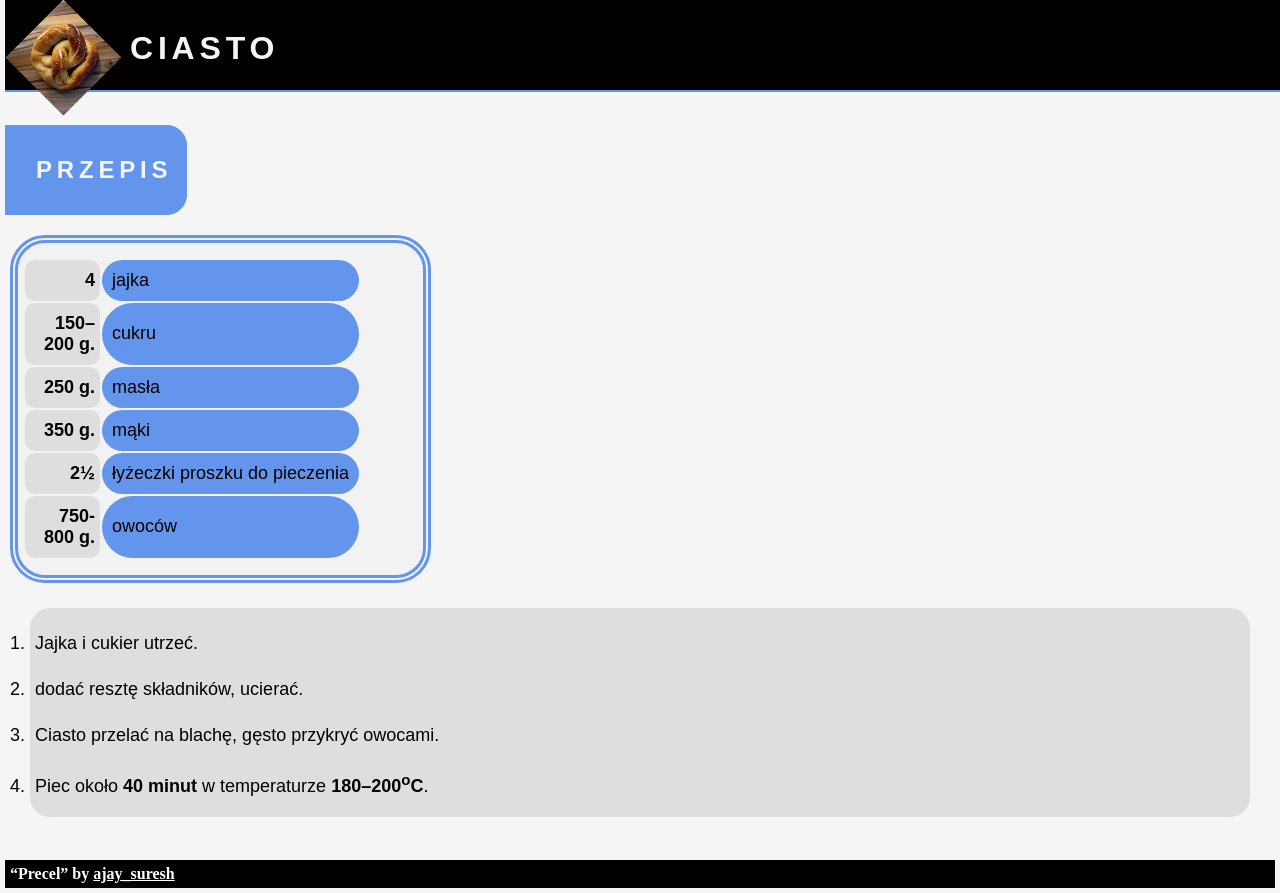
Repository: yaoayh/przepisy
Page: ciasto_ucierane.html
An editor plug-in stored every save of this project. The page is shown before and after the next save, followed by the edit.
The browser window is 1280 px wide. The pictures show the whole page.

Above is the page before, as saved 2020-08-12 23:21:53.

### ciasto_ucierane.html
<!DOCTYPE html>
<html>
    <head>
        <title>Ciasto ucierane z owocami przepis Lili</title>
        <link rel="shortcut icon" href="../images/icon.jpg">
        <meta charset="UTF-8">
        <meta name="viewport" content="width=device-width, initial-scale=1.0">
        <meta name="author" content="Dawid Litwin">
        <link href="../css/styles.css" type="text/css"
        rel="stylesheet">
    </head>
    <body class="body_Undersite">
        <div id="header_Undersite">
            <div class="picture">
                <a href="../index.html"><img src="../images/precel.jpg" alt="precel"
                title="obrazek przedstawiajacy precel"
                width= "82,8" height= "82,8"></a>
            </div>
            <h1 class="h1_Undersite">Ciasto</h1>
        </div>
        <!--                0000000000000000000                 -->
        <form class="form_Undersite">
            <h2>Przepis</h2>
            <div class="name">
                <!--Produkty-->
                <table>
                    <tr>
                        <td>
                            4
                        </td>
                        <td class="table2">
                            jajka
                        </td>
                    </tr>
                    <tr>
                        <td>
                            150&ndash;200 g.
                        </td>
                        <td class="table2">
                            cukru
                        </td>
                    </tr>
                    <tr>
                        <td>
                            250 g.
                        </td>
                        <td class="table2">
                            masła
                        </td>
                    </tr>
                    <tr>
                        <td>
                            350 g.
                        </td>
                        <td class="table2">
                            mąki
                        </td>
                    </tr>
                    <tr>
                        <td>
                            2&frac12;
                        </td>
                        <td class="table2">
                            łyżeczki proszku do pieczenia
                        </td>
                    </tr>
                    <tr>
                        <td>
                            750-800 g.
                        </td>
                        <td class="table2">
                            owoców
                        </td>
                    </tr>
                </table>
            </div>

            <div class="Przepis">
                <!--Przepis-->
                <ol>
                    <li>Jajka i cukier utrzeć.</li>
                    <li>dodać resztę składników, ucierać.</li>
                    <li>Ciasto przelać na blachę, gęsto przykryć owocami.</li>
                    <li>Piec około <strong>40 minut</strong> w temperaturze <strong>180&ndash;200<sup>o</sup>C</strong>.</li>
                </ol>
            </div>

            </form>
            <br>
            <form class="bottom">
                <strong> <q>Precel</q>
                    by <a class="a_Bottom" href="https://www.flickr.com/photos/ajay_suresh/">ajay_suresh</a>
            </strong>
            </form>
        </body>
    </html>

### css/styles.css

html{overflow: scroll;}
body {

    /*
    *
    *
    *
    *
    *
    */

    /*
    *
    *
    *
    *
    *
    */

    height: auto;
	margin: 0px;
    background-color: whitesmoke;}

/*                      Nagłówek                    */
body.body_Undersite{
    padding: 5px;
}
#header {
    top: 0px;
    width: 100%;
    height: 90px;
    position: fixed;
    background-color: black;
    border-bottom: 2px solid cornflowerblue;}

.picture{
    margin: 16px;
    float: left;
    width: 82px;
    transform: rotate(45deg);}

h1 {
    text-transform: uppercase;
    font-family: Arial, Helvetica, sans-serif;
    letter-spacing: 0.2em;
    font-style: normal;
    color: whitesmoke;
    padding: 30px 30px 30px 15px;
    margin-left: 110px;
    margin-top: 0px;}


/*                  CZESC II                    */
form.main2{
    margin: auto;
    height: auto; /*531px;*/
    width: 354px;/*354px;*/
    background-color: whitesmoke;
    padding: 5px;}
.info_Nr1, .info_Nr2{
    background-color: black;
    border: 12px 12px 12px 12px;
    border-color: white;
    border-style: double;
    text-align: center;
    margin-top: 120px;
    margin-bottom: 15px;
}

h3 {
    font-weight: normal;
    color: cornflowerblue;
    font-family: "Gill Sans", Arial, sans-serif;
    text-transform: uppercase;
    text-align: center;
    padding: 4px;
    margin: 0px;
    letter-spacing: 0.2em;}

/*                      BLOKI                   */

form.head_Sqares {
    margin: auto;
    height: 531px; /*531px;*/
    width: 354px;/*354px;*/
    background-color: whitesmoke;
    padding: 5px;}

.sqares_Left{
    text-decoration: none;
    border-radius: 15px;
    width: 172px;
    height: 172px;
    background-color: black;
    color: white;
    overflow: auto;
    float: left;
    margin-top: 3px;}
.first_Choice{color: cornflowerblue;}
.sqares_Right{
    text-decoration: none;
    border-radius: 15px;
    width: 172px;
    height: 172px;
    background-color: black;
    color: white;
    margin-top: 3px;
    overflow: auto;
    float: right ;
    clear: right;}
p {
    border-radius: 5px;
    text-decoration: none;
    padding-top: 55px;
    text-align: center;
    font-family: Georgia, 'Times New Roman', Times, serif;
    font-size: x-large;
    letter-spacing: 0.10em;
    margin:0px;}
p.p1_Shadow{padding: 21px; color: rgb(70, 66, 66);
    font-family: Impact, Haettenschweiler, 'Arial Narrow Bold', sans-serif;
text-decoration: none;}
p.p1{
    font-family: Impact, Haettenschweiler, 'Arial Narrow Bold', sans-serif;
    text-decoration: none;
    padding: 21px;
    color: cornflowerblue;}
#bigger {
    padding: 0px 0px;}
.info_Nr2 {margin-top: 10px;}

.n1,.n2,.n3,.n4,.n5,.n6,.n7,.n8,.n9,.n10,.n11,.n12,.n13,.n14,.n15,.n16,.n17,.n18,.n19,.n20,.n21,.n22,.n23,.n24,.n25,.n26,.n27{
    border-radius: 15px;
    border: 2px solid whitesmoke;
    clear: both;}
div.n1 {

    background-color: hsl(0, 0%, 90%);
}
.n2{
    background-color: hsl(0,0%,87%);
}
.n3{
    background-color: hsl(0, 0%, 84%);
}
.n4{
    background-color: hsl(0, 0%, 81%);
}
.n5{
    background-color: hsl(0, 0%, 78%);
}
.n6{
    background-color: hsl(0, 0%, 75%);
}
.n7{
    background-color: hsl(0, 0%, 72%);
}
.n8{
    background-color: hsl(0, 0%, 69%);
}
.n9{
    background-color: hsl(0, 0%, 66%);
}
.n10{
    background-color: hsl(0, 0%, 63%);
}
.n11{
    background-color: hsl(0, 0%, 60%);
}
.n12{
    background-color: hsl(0, 0%, 57%);
}
.n13{
    background-color: hsl(0, 0%, 54%);
}
.n14{
    background-color: hsl(0, 0%, 51%);
}
.n15{
    background-color: hsl(0, 0%, 48%);
}
.n16{
    background-color: hsl(0, 0%, 45%);
}
.n17{
    background-color: hsl(0, 0%, 42%);
}
.n18{
    background-color: hsl(0, 0%, 39%);
}
.n19{
    background-color: hsl(0, 0%, 36%);
}
.n20{
    background-color: hsl(0, 0%, 33%);
}
.n21{
    background-color: hsl(0, 0%, 30%);
}
.n22{
    background-color: hsl(0, 0%, 27%);
}
.n23{
    background-color: hsl(0, 0%, 24%);
}
.n24{
    background-color: hsl(0, 0%, 21%);
}
.n25{
    background-color: hsl(0, 0%, 18%);
}
.n26{
    background-color: hsl(0, 0%, 15%);
}
.n27{background-color: hsl(0, 0%, 12%);}


/*                  PRAWA AUTORSKIE             */
.a_Bottom {
    text-decoration: none;
    color: white;
    text-decoration-line: underline;
}
.bottom {
    padding: 5px;
    text-decoration: none;
    background-color: black;
    color: white;
}
/**************************************************************************************/

#header_Undersite {
    top: 0px;
    width: 100%;
    height: 90px;
    position: fixed;
    background-color: black;
    border-bottom: 2px solid cornflowerblue;}
h1.h1_Undersite {
    letter-spacing: 0.15em;
}

a.m1:visited{
    color: cornflowerblue;
}
a {

    text-decoration: whitesmoke;

}
a:visited{
    color: whitesmoke;
}
a:hover{
    text-decoration: none;
    background-color: aquamarine;
    color: cyan;
}
td{
    font-size: large;
    text-decoration: solid;
    font-family: Arial, Helvetica, sans-serif;
    padding: 5px;
    background-color: cornflowerblue;
    border-radius: 5px;

}
form.form_Undersite{
    margin-top: 120px;
    background-color: rgb(245, 245, 245);
}
.name{
    max-width: 400px;
    border-radius: 35px;
    border: 8px double cornflowerblue;
    background-color: hsl(245,0%,95%);
    padding: 5px 0px 5px 5px;
    margin: 5px;}

h2 {
    text-align: left;
    font-size: x-large;
    text-transform: uppercase;
    font-family: Arial, Helvetica, sans-serif;
    letter-spacing: 0.2em;
    font-style: normal;
    color: whitesmoke;
    padding: 30px;
    border: 1px solid cornflowerblue;
    border-radius: 0px 20px 20px 0px;
    max-width: 120px;
    background-color: cornflowerblue;
    }
table {

    margin-right: 0px;
    padding: 10px 0px 10px 0px;
}
tr{
    empty-cells: hide;
}
td {
    width: 60px;
    background-color: hsl(0,0%,87%);
    border-radius: 10px;
    padding: 10px 5px 10px 10px;
    text-align: right;
    font-weight: bold;
}
td.table2{
    width: auto;
    background-color: cornflowerblue;
    border-radius: 50px;
    font-weight: normal;
    padding: 10px 10px 10px 10px;
    text-align: left;
}
ol{
    padding: 10px 0px 10px 0px;
    margin: 25px;
    border-radius: 20px;
    background-color: hsl(0,0%,87%);
}
li {

    font-family: Arial, Helvetica, sans-serif;
    font-size: large;
    padding: 15px 5px 10px 5px;
}
.ps{
    background-color: hsl(0,0%,87%);
    margin: 5px;
    border: 4px double cadetblue;
    border-radius: 5px;
    padding: 5px;
}

After the next save:
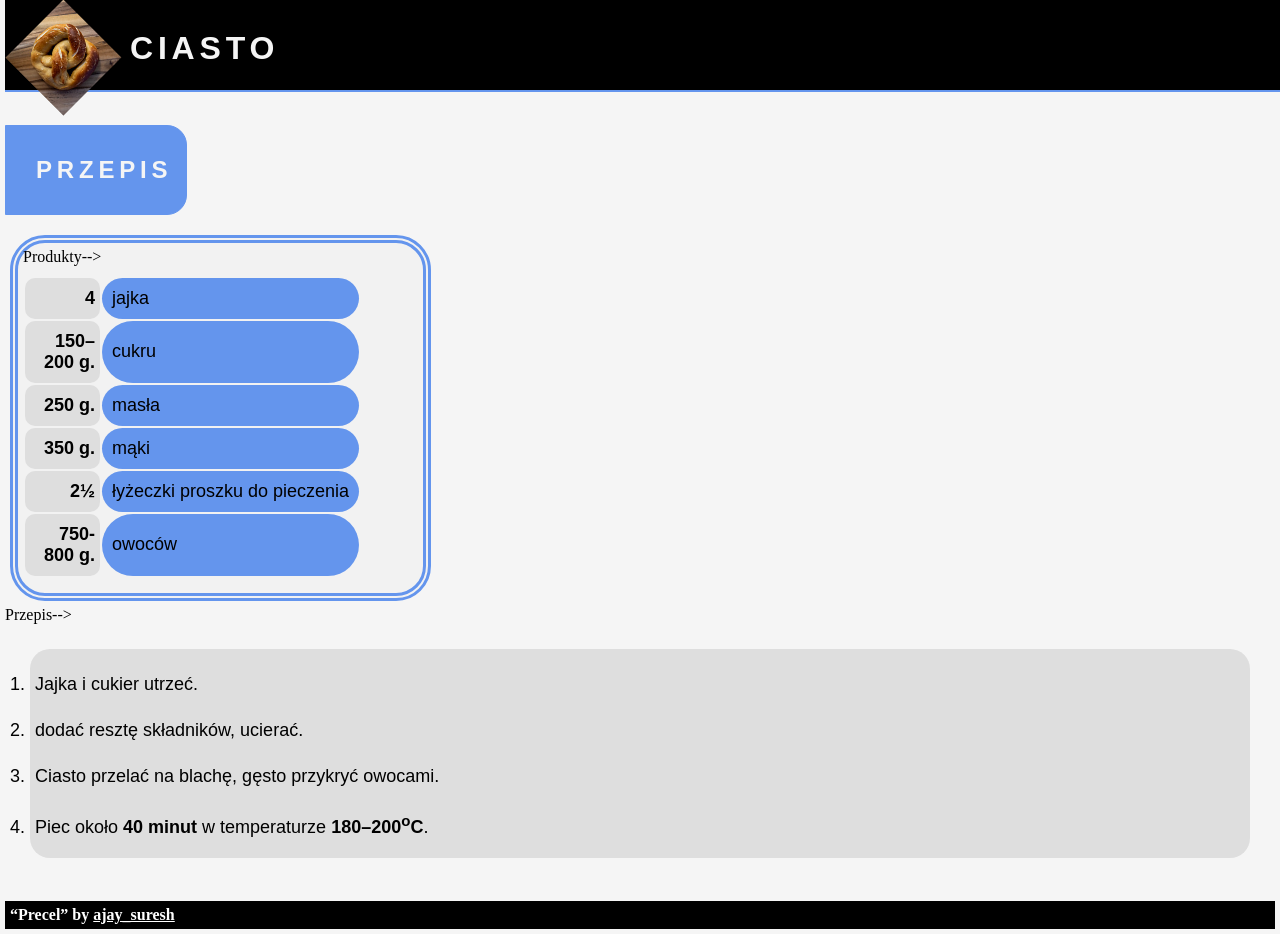
Saved 3 min 4 s later.
--- a/ciasto_ucierane.html
+++ b/ciasto_ucierane.html
@@ -18,11 +18,11 @@
             </div>
             <h1 class="h1_Undersite">Ciasto</h1>
         </div>
-        <!--                0000000000000000000                 -->
+
         <form class="form_Undersite">
             <h2>Przepis</h2>
             <div class="name">
-                <!--Produkty-->
+                Produkty-->
                 <table>
                     <tr>
                         <td>
@@ -76,7 +76,7 @@
             </div>
 
             <div class="Przepis">
-                <!--Przepis-->
+                Przepis-->
                 <ol>
                     <li>Jajka i cukier utrzeć.</li>
                     <li>dodać resztę składników, ucierać.</li>
